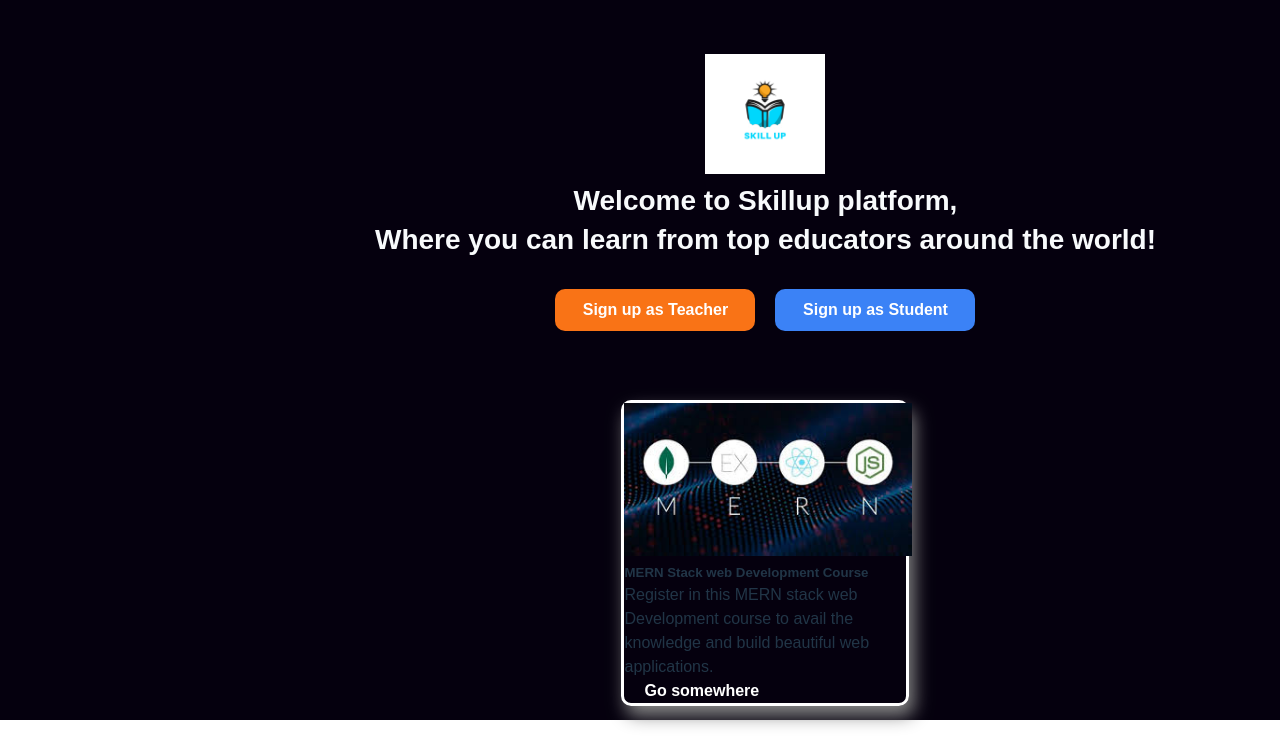
Repository: gowtham-jo/Learning-Management-System
Page: /
The author's editor kept a copy of each file at every save. The page is drawn from the files as they stood at one save, then again after the next save.
The browser window is 1280 px wide. The page is 1281 px wide, so the pictures cover 1281 px, including what lies to the right of the window. The pictures show the whole page.
The project was rebuilt for these pictures with package versions that can differ from the ones it lists, and the page was loaded fresh each time. Also part of the build but not shown: vite.config.js, src/StudentRegistration.jsx, src/TeacherRegistration.jsx.

Above is the page before, as saved 2026-01-27 20:33:00.

After the next save:
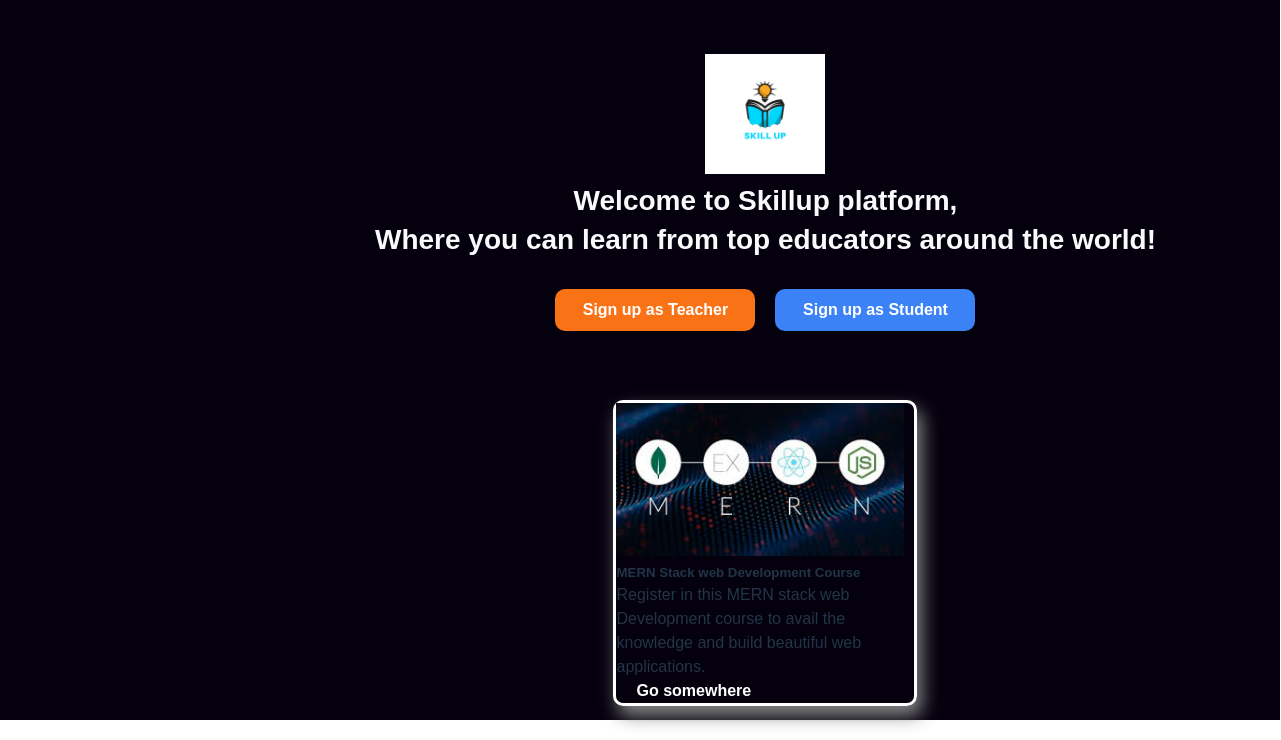
Saved 5 s later.
--- a/src/Homepage.jsx
+++ b/src/Homepage.jsx
@@ -33,7 +33,7 @@ const Homepage = () => {
 
         </div>
       </div>
-      <div className="card" style={{ width: "18rem",border:"3px solid white" ,borderRadius:"10px",boxShadow:"5px 10px 18px #888888"}}>
+      <div className="card" style={{ width: "19rem",border:"3px solid white" ,borderRadius:"10px",boxShadow:"5px 10px 18px #888888"}}>
         <img src={mern} className="card-img-top" alt="..."style={{width:"18rem"}} />
           <div className="card-body" style={{ borderRadius: "10px" }}>
             <h5 className="card-title">MERN Stack web Development Course</h5>
